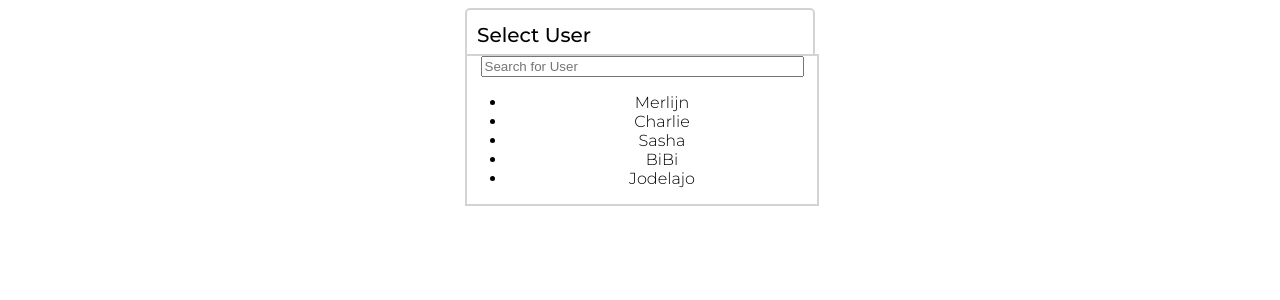
Repository: jodelajo/nuxt-filter-tutorial
Page: /
These files come from the project's save history. The page is drawn as it stood at one moment and after the next save; the edit follows.
The browser window is 1280 px wide. The pictures show the whole page.
The project was rebuilt for these pictures with package versions that can differ from the ones it lists, and the page was loaded fresh each time. The framework's server and built-in components were replaced by stand-ins that run in the browser. Also part of the build but not shown: nuxt.config.js, components/NuxtLogo.vue, components/Tutorial.vue.

Above is the page before, as saved 2021-12-11 12:38:22.

After the next save:
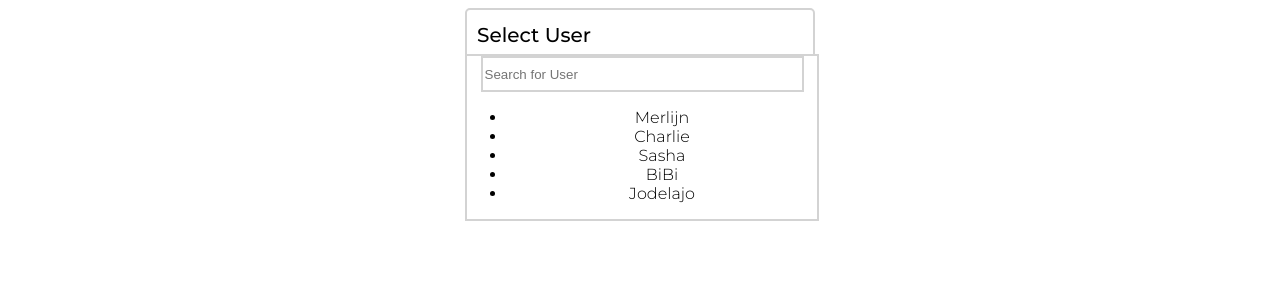
Saved 24 s later.
--- a/pages/index.vue
+++ b/pages/index.vue
@@ -81,5 +81,7 @@ body {
 }
 input {
   width: 90%;
+  height: 30px;
+  border: 2px solid lightgray;
 }
 </style>
